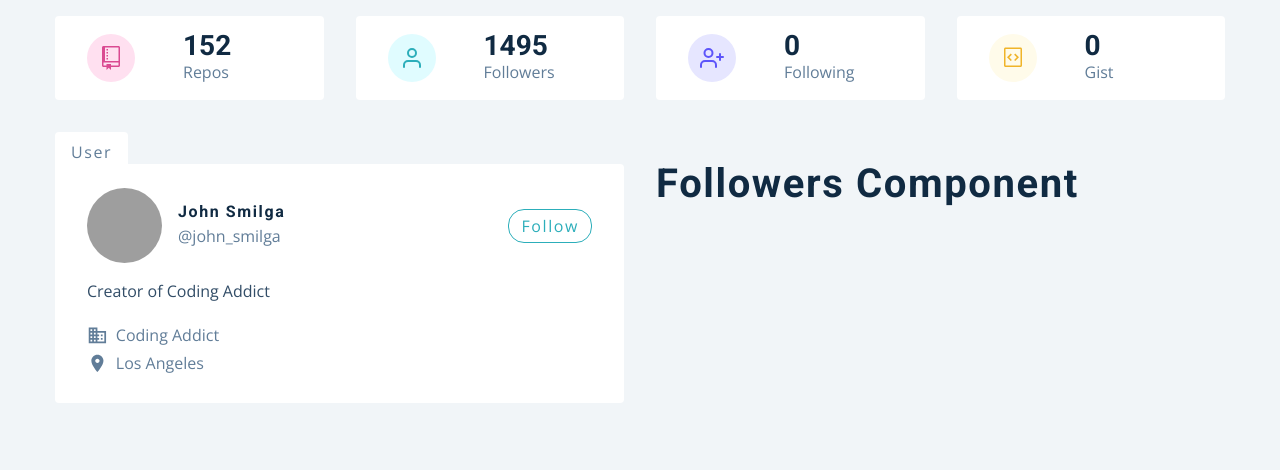
Repository: MateuszWorek/react-search-github-users
Page: /
An editor plug-in stored every save of this project. The page is shown before and after the next save, followed by the edit.
The browser window is 1280 px wide. The pictures show the whole page.
Pictures or frames that could not be fetched are drawn as grey boxes. The project was rebuilt for these pictures with package versions that can differ from the ones it lists, and the page was loaded fresh each time. Also part of the build but not shown: src/components/Charts/ExampleChart.js, src/components/Charts/Column3D.js, src/components/Charts/Bar3D.js, src/components/Charts/Pie3D.js, src/components/Charts/Doughnut2d.js, src/components/Charts/index.js, src/components/Repos.js, src/components/Search.js and 5 more.

Above is the page before, as saved 2021-01-26 20:11:30.

### src/App.js
import React from 'react';
import { Dashboard, Login, PrivateRoute, AuthWrapper, Error } from './pages';
import { BrowserRouter as Router, Switch, Route } from 'react-router-dom';

function App() {
  return (
    <Router>
      <Switch>
        <Route path="/" exact={ true }>
          <Dashboard></Dashboard>
        </Route>
        <Route path="/login">
          <Login></Login>
        </Route>
        <Route path="*">
          <Error></Error>
        </Route>
      </Switch>
    </Router>
  );
}

export default App;

### src/context/context.js
import React, { useState, useEffect } from 'react';
import mockUser from './mockData.js/mockUser';
import mockRepos from './mockData.js/mockRepos';
import mockFollowers from './mockData.js/mockFollowers';
import axios from 'axios';

const rootUrl = 'https://api.github.com';

const GithubContext = React.createContext();

// Provider, Consumer - GithubContext.Provider

const GithubProvider = ({ children }) => {
    const [githubUser, setGithubUser] = useState(mockUser);
    const [repos, setRepos] = useState(mockRepos);
    const [followers, setFollowers] = useState(mockFollowers);

    return <GithubContext.Provider value={{ githubUser, repos, followers }}>{ children }</GithubContext.Provider>
};
export { GithubProvider, GithubContext };

### src/context/mockData.js/mockUser.js
export default {
  login: 'john-smilga',
  id: 42133389,
  node_id: 'MDQ6VXNlcjQyMTMzMzg5',
  avatar_url: 'https://avatars3.githubusercontent.com/u/42133389?v=4',
  gravatar_id: '',
  url: 'https://api.github.com/users/john-smilga',
  html_url: 'https://github.com/john-smilga',
  followers_url: 'https://api.github.com/users/john-smilga/followers',
  following_url:
    'https://api.github.com/users/john-smilga/following{/other_user}',
  gists_url: 'https://api.github.com/users/john-smilga/gists{/gist_id}',
  starred_url:
    'https://api.github.com/users/john-smilga/starred{/owner}{/repo}',
  subscriptions_url: 'https://api.github.com/users/john-smilga/subscriptions',
  organizations_url: 'https://api.github.com/users/john-smilga/orgs',
  repos_url: 'https://api.github.com/users/john-smilga/repos',
  events_url: 'https://api.github.com/users/john-smilga/events{/privacy}',
  received_events_url:
    'https://api.github.com/users/john-smilga/received_events',
  type: 'User',
  site_admin: false,
  name: 'John Smilga',
  company: 'Coding Addict',
  blog: 'www.johnsmilga.com',
  location: 'Los Angeles',
  email: null,
  hireable: null,
  bio: 'Creator of Coding Addict',
  twitter_username: 'john_smilga',
  public_repos: 152,
  public_gists: 0,
  followers: 1495,
  following: 0,
  created_at: '2018-08-06T06:48:23Z',
  updated_at: '2020-07-08T05:01:32Z',
};

### src/pages/Dashboard.js
import React from 'react';
import { Info, Repos, User, Search, Navbar } from '../components';
import loadingImage from '../images/preloader.gif';
import { GithubContext } from '../context/context';
const Dashboard = () => {
  return (
    <main>
      {/* <Navbar></Navbar> */}
      {/* <Search></Search> */}
      <Info></Info>
      <User></User>
      {/* <Repos></Repos> */}
    </main>
  );
};

export default Dashboard;

### src/components/Info.js
import React from 'react';
import { GithubContext } from '../context/context';
import styled from 'styled-components';
import { GoRepo, GoGist } from 'react-icons/go';
import { FiUser, FiUserPlus } from 'react-icons/fi';

const UserInfo = () => {
  const { githubUser } = React.useContext(GithubContext);
  const { public_repos, followers, following, public_gists} = githubUser;
  const items = [
    {
      id: 1,
      icon: <GoRepo className="icon" />,
      label: 'repos',
      value: public_repos,
      color: 'pink'
    },
    {
      id: 2,
      icon: <FiUser className="icon" />,
      label: 'followers',
      value: followers,
      color: 'green'
    },
    {
      id: 3,
      icon: <FiUserPlus className="icon" />,
      label: 'following',
      value: following,
      color: 'purple'
    },
    {
      id: 4,
      icon: <GoGist className="icon" />,
      label: 'gist',
      value: public_gists,
      color: 'yellow'
    },
  ];

  return (
    <section className="section">
      <Wrapper className="section-center">
        { items.map((item) => {
          return <Item key={ item.id } { ...item }></Item>
        }) }
      </Wrapper>
    </section>
  )
};

const Item = ({ icon, label, value, color }) => {
  return (
    <article className="item">
      <span className={ color }>{ icon }</span>
      <div>
        <h3>{ value }</h3>
        <p>{ label }</p>
      </div>
    </article>
  )
};

const Wrapper = styled.section`
  display: grid;
  grid-template-columns: repeat(auto-fill, minmax(200px, 1fr));
  gap: 1rem 2rem;
  @media (min-width: 640px) {
    grid-template-columns: repeat(auto-fill, minmax(260px, 1fr));
  }
  .item {
    border-radius: var(--radius);
    padding: 1rem 2rem;
    background: var(--clr-white);
    display: grid;
    grid-template-columns: auto 1fr;
    column-gap: 3rem;
    align-items: center;
    span {
      width: 3rem;
      height: 3rem;
      display: grid;
      place-items: center;
      border-radius: 50%;
    }
    .icon {
      font-size: 1.5rem;
    }
    h3 {
      margin-bottom: 0;
      letter-spacing: 0;
    }
    p {
      margin-bottom: 0;
      text-transform: capitalize;
    }
    .pink {
      background: #ffe0f0;
      color: #da4a91;
    }
    .green {
      background: var(--clr-primary-10);
      color: var(--clr-primary-5);
    }
    .purple {
      background: #e6e6ff;
      color: #5d55fa;
    }
    .yellow {
      background: #fffbea;
      color: #f0b429;
    }
  }
`;

export default UserInfo;

### src/components/User.js
import React from 'react';
import styled from 'styled-components';
import Card from './Card';
import Followers from './Followers';
const User = () => {
  return (
    <section className="section">
      <Wrapper className="section-center">
        <Card></Card>
        <Followers></Followers>
      </Wrapper>
    </section>
  );
};

const Wrapper = styled.div`
  padding-top: 2rem;
  display: grid;
  gap: 3rem 2rem;
  @media (min-width: 992px) {
    grid-template-columns: 1fr 1fr;
  }
  /* align-items: start; */
`;

export default User;

### src/components/Card.js
import React from 'react';
import { GithubContext } from '../context/context';
import styled from 'styled-components';
import { MdBusiness, MdLocationOn, MdLink } from 'react-icons/md';
const Card = () => {
  const { githubUser } = React.useContext(GithubContext);
  const { avatar_url, html_url, name, company, blog, bio, location, twitter_username } = githubUser;
  return (
    <Wrapper>
      <header>
        <img src={ avatar_url} alt={ name }/>
        <div>
          <h4>{ name }</h4>
          <p>@{ twitter_username || 'john doe'}</p>
        </div>
        <a href={ html_url }>follow</a>
      </header>
      <p className="bio">{ bio }</p>
      <div className="links">
        <p><MdBusiness></MdBusiness>{ company }</p>
        <p><MdLocationOn></MdLocationOn>{ location }</p>
      </div>
    </Wrapper>
  );
};
const Wrapper = styled.article`
  background: var(--clr-white);
  padding: 1.5rem 2rem;
  border-top-right-radius: var(--radius);
  border-bottom-left-radius: var(--radius);
  border-bottom-right-radius: var(--radius);
  position: relative;
  &::before {
    content: 'user';
    position: absolute;
    top: 0;
    left: 0;
    transform: translateY(-100%);
    background: var(--clr-white);
    color: var(--clr-grey-5);
    border-top-right-radius: var(--radius);
    border-top-left-radius: var(--radius);
    text-transform: capitalize;
    padding: 0.5rem 1rem 0 1rem;
    letter-spacing: var(--spacing);
    font-size: 1rem;
  }
  header {
    display: grid;
    grid-template-columns: auto 1fr auto;
    align-items: center;
    column-gap: 1rem;
    margin-bottom: 1rem;
    img {
      width: 75px;
      height: 75px;
      border-radius: 50%;
    }
    h4 {
      margin-bottom: 0.25rem;
    }
    p {
      margin-bottom: 0;
    }
    a {
      color: var(--clr-primary-5);
      border: 1px solid var(--clr-primary-5);
      padding: 0.25rem 0.75rem;
      border-radius: 1rem;
      text-transform: capitalize;
      letter-spacing: var(--spacing);
      transition: var(--transition);
      cursor: pointer;
      &:hover {
        background: var(--clr-primary-5);
        color: var(--clr-white);
      }
    }
  }
  .bio {
    color: var(--clr-grey-3);
  }
  .links {
    p,
    a {
      margin-bottom: 0.25rem;
      display: flex;
      align-items: center;
      svg {
        margin-right: 0.5rem;
        font-size: 1.3rem;
      }
    }
    a {
      color: var(--clr-primary-5);
      transition: var(--transition);
      svg {
        color: var(--clr-grey-5);
      }
      &:hover {
        color: var(--clr-primary-3);
      }
    }
  }
`;
export default Card;

### src/components/Followers.js
import React from 'react';
import { GithubContext } from '../context/context';
import styled from 'styled-components';

const Followers = () => {
  return <h2>followers component</h2>;
};

const Wrapper = styled.article`
  background: var(--clr-white);
  border-top-right-radius: var(--radius);
  border-bottom-left-radius: var(--radius);
  border-bottom-right-radius: var(--radius);
  position: relative;

  &::before {
    content: ' followers';
    position: absolute;
    top: 0;
    left: 0;
    transform: translateY(-100%);
    background: var(--clr-white);
    color: var(--clr-grey-5);
    border-top-right-radius: var(--radius);
    border-top-left-radius: var(--radius);
    text-transform: capitalize;
    padding: 0.5rem 1rem 0 1rem;
    letter-spacing: var(--spacing);
    font-size: 1rem;
  }
  .followers {
    overflow: scroll;
    height: 260px;
    display: grid;
    grid-template-rows: repeat(auto-fill, minmax(45px, 1fr));
    gap: 1.25rem 1rem;
    padding: 1rem 2rem;
  }
  article {
    transition: var(--transition);
    padding: 0.15rem 0.5rem;
    border-radius: var(--radius);
    display: grid;
    grid-template-columns: auto 1fr;
    align-items: center;
    column-gap: 1rem;
    img {
      height: 100%;
      width: 45px;
      border-radius: 50%;
      object-fit: cover;
    }
    h4 {
      margin-bottom: 0;
    }
    a {
      color: var(--clr-grey-5);
    }
  }
`;
export default Followers;

Loaded but not shown: public/index.html (common file); src/index.js (common file); src/index.css (common file); src/serviceWorker.js (common file); src/pages/index.js (common file); src/context/mockData.js/mockRepos.js (library); src/components/index.js (common file); src/context/mockData.js/mockFollowers.js (676 lines, source omitted)

After the next save:
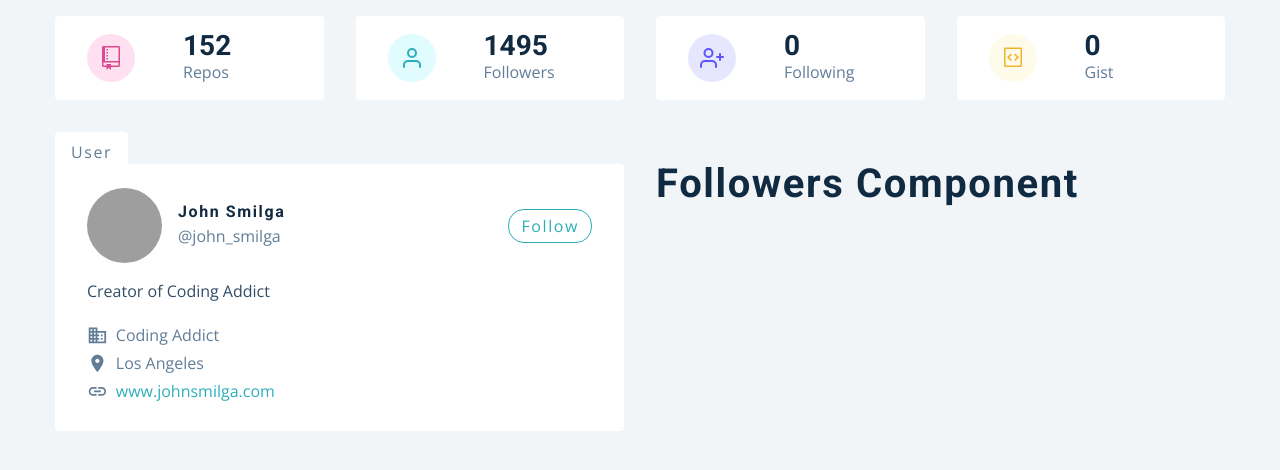
Saved 76 s later.
--- a/src/components/Card.js
+++ b/src/components/Card.js
@@ -18,7 +18,8 @@ const Card = () => {
       <p className="bio">{ bio }</p>
       <div className="links">
         <p><MdBusiness></MdBusiness>{ company }</p>
-        <p><MdLocationOn></MdLocationOn>{ location }</p>
+        <p><MdLocationOn></MdLocationOn>{ location || 'earth' }</p>
+        <a href={ `https://${ blog }`}><MdLink></MdLink> { blog }</a>
       </div>
     </Wrapper>
   );
